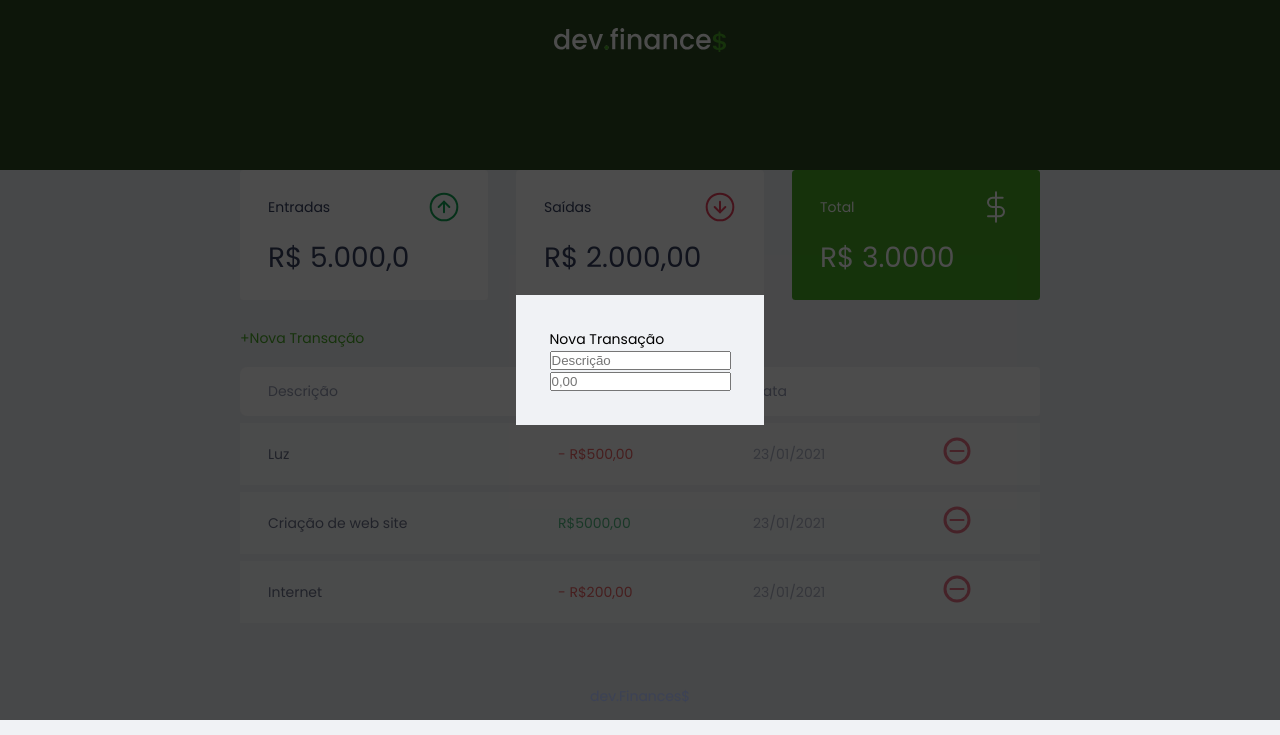
Repository: rafaelmgr12/maratona-dev01
Page: index.html
An editor plug-in stored every save of this project. The page is shown before and after the next save, followed by the edit.
The browser window is 1280 px wide. The pictures show the whole page.

Above is the page before, as saved 2021-04-28 11:35:35.

### index.html
<!DOCTYPE html>
<html lang="pt-br">
  <head>
    <meta charset="UTF-8" />
    <meta http-equiv="X-UA-Compatible" content="IE=edge" />
    <meta name="viewport" content="width=device-width, initial-scale=1.0" />
    <title>Rafael-app.finance$</title>
    <link rel="stylesheet" href="style.css" />
    <link rel="preconnect" href="https://fonts.gstatic.com" />
    <link
      href="https://fonts.googleapis.com/css2?family=Poppins:ital,wght@0,100;0,400;0,700;1,100;1,400;1,700&display=swap"
      rel="stylesheet"
    />
  </head>
  <body>
    <header>
      <img src="./assets/logo.svg" alt="Logo dev.Finance" />
    </header>
    <main class="container">
      <section id="balance">
        <h2 class="sr-only">Balanço</h2>

        <div class="card">
          <h3>
            <span>Entradas </span>
            <img src="./assets/income.svg" alt="Imagem de entradas" />
          </h3>
          <p>R$ 5.000,0</p>
        </div>
        <div class="card">
          <h3>
            <span>Saídas</span>
            <img src="./assets/expense.svg" alt="Image de saídas" />
          </h3>
          <p>R$ 2.000,00</p>
        </div>
        <div class="card total">
          <h3>
            <span>Total</span>
            <img src="./assets/total.svg" alt="Image de total" />
          </h3>
          <p>R$ 3.0000</p>
        </div>
      </section>
      <section id="transaction">
        <h2 class="sr-only">Transações</h2>

        <a href="#" class="button new">+Nova Transação</a>

        <table id="data-table">
          <thead>
            <tr>
              <th>Descrição</th>
              <th>Valor</th>
              <th>Data</th>
              <th></th>
            </tr>
          </thead>
          <tbody>
            <tr>
              <td class="description">Luz</td>
              <td class="expense">- R$500,00</td>
              <td class="date">23/01/2021</td>
              <td><img src="./assets/minus.svg" alt="Retirar Transação" /></td>
            </tr>
            <tr>
              <td class="description">Criação de web site</td>
              <td class="income">R$5000,00</td>
              <td class="date">23/01/2021</td>
              <td><img src="./assets/minus.svg" alt="Retirar Transação" /></td>
            </tr>
            <tr>
              <td class="description">Internet</td>
              <td class="expense">- R$200,00</td>
              <td class="date">23/01/2021</td>
              <td><img src="./assets/minus.svg" alt="Retirar Transação" /></td>
            </tr>
          </tbody>
        </table>
      </section>
    </main>
    <div class="modal-overlay active">
      <div class="modal">
        Nova Transação
        <form action="">
          <div class="input-group">
            <label class="sr-only" for="description"> Descrição </label>
            <input
              type="text"
              id="description"
              name="description"
              placeholder="Descrição"
            />
          </div>
          <div class="input-group">
            <label class="sr-only" for="amount"> Valor </label>
            <input
              type="number"
              step="0.01"
              id="amount"
              name="amount"
              placeholder="0,00"
            />
          </div>
        </form>
      </div>
    </div>
    <footer>dev.Finances$</footer>
  </body>
</html>

### style.css
/* Global ======================================== */
:root {
  --dark-blue: #363f5f;
}
* {
  margin: 0;
  padding: 0;
  box-sizing: border-box;
}

html{
  font-size: 93.75%; /* 15px */
}

body {
  background: #f0f2f5;
  font-family: "Poppins", sans-serif;
}
/*Tricks para sumir elementos da tela, mantendo a funcionalidade de um screenreader*/
.sr-only{
  position: absolute;
  width: 1px;
  height: 1px;
  padding: 0;
  margin: -1px;
  overflow: hidden;
  clip: rect(0,0,0,0);
  white-space: nowrap;
  border-width: 0;

}
.container {
  width: min(90vw, 800px);
  margin: auto;
}
/* Titles ======================================== */
h2 {
  margin-top: 3.2rem;
  margin-bottom: 0.8rem;
  color: var(--dark-blue);

  font-weight: normal;
}
/* Links and Buttons ======================================== */
a{
  color: #49aa26;
  text-decoration: none;
}

a:hover {
  color: #3dd705;
}

.button.new{
  display: inline-block;
  margin-bottom: .8rem;

}


/* Header ======================================== */
header {
  background: #2d4a22;
  padding: 2rem 0 8rem;
  text-align: center;
}

#logo {
  color: #fff;
  font-weight: 100;
}

/* Balance ======================================== */
balance {
  margin-top: -8rem;
}

balance h2 {
  color: white;
  margin-top: 0;
}

/* Cards ======================================== */

.card {
  background : white;
  padding: 1.5rem 2rem;
  border-radius: 0.25rem;

  margin-bottom: 2rem;

  color: var(--dark-blue);
}

.card h3 {
  font-weight: normal;
  font-size: 1rem;
  display : flex;
  align-items: center;
  justify-content: space-between;
}

.card p {
  font-size: 2rem;
  line-height: 3rem;

  margin-top: 1rem;
}

.card.total {
  background: #49aa26;
  color: white;
}
/* Table  ======================================== */
#transaction {
  display: block;
  width: 100%;
  overflow-x: auto;
}
#data-table {

  width: 100%;
  border-spacing: 0 0.5rem;
  color: #969cb3;

  overflow-x: auto; /*Para lidar com transbordamento do container*/
}
table thead tr th:first-child,
table thead tr td:first-child
{
  border-radius: 0.5rem 0 0 0.5rem;
}

table thead tr th:last-child,
table thead tr td:last-child {
  border-radius: 0 0.25rem 0.25rem 0 ;

}

table thead th {
  background: white;

  font-weight: normal;
  padding: 1rem 2rem;
  text-align: left;
}
table tbody tr {
  opacity: 0.7;
}
table tr:hover {
  opacity: 1;
}
table tbody td {
  background: white;
  padding: 1rem 2rem;
}

td.description {
  color: var(--dark-blue);
}

td.income {
  color: #12a454;
}
td.expense {
    color : #e92929;
}
/* Modal ======================================== */
.modal-overlay{
  width: 100%;
  height: 100%;

  background-color: rgb(0,0,0,0.7);
  position: fixed;
  top: 0;

  display:flex;
  align-items: center;
  justify-content: center;

  opacity: 0;
  visibility: hidden
}
.modal-overlay.active {
  opacity: 1;
  visibility : visible;
}
.modal{
  background : #f0f2f5;
  padding : 2.4rem;
  position: relative;
}


/* footer ======================================== */
footer {
  text-align: center;
  padding : 4rem 0 2rem;
  color: var(--dark-blue);

  opacity : 0.6;
}
/* Responsive ======================================== */

@media(min-width: 800px){
  html{
    font-size: 87.5%;

  }
  #balance{
    display: grid;
    grid-template-columns: repeat(3,1fr);
    gap: 2rem;

  }
}

After the next save:
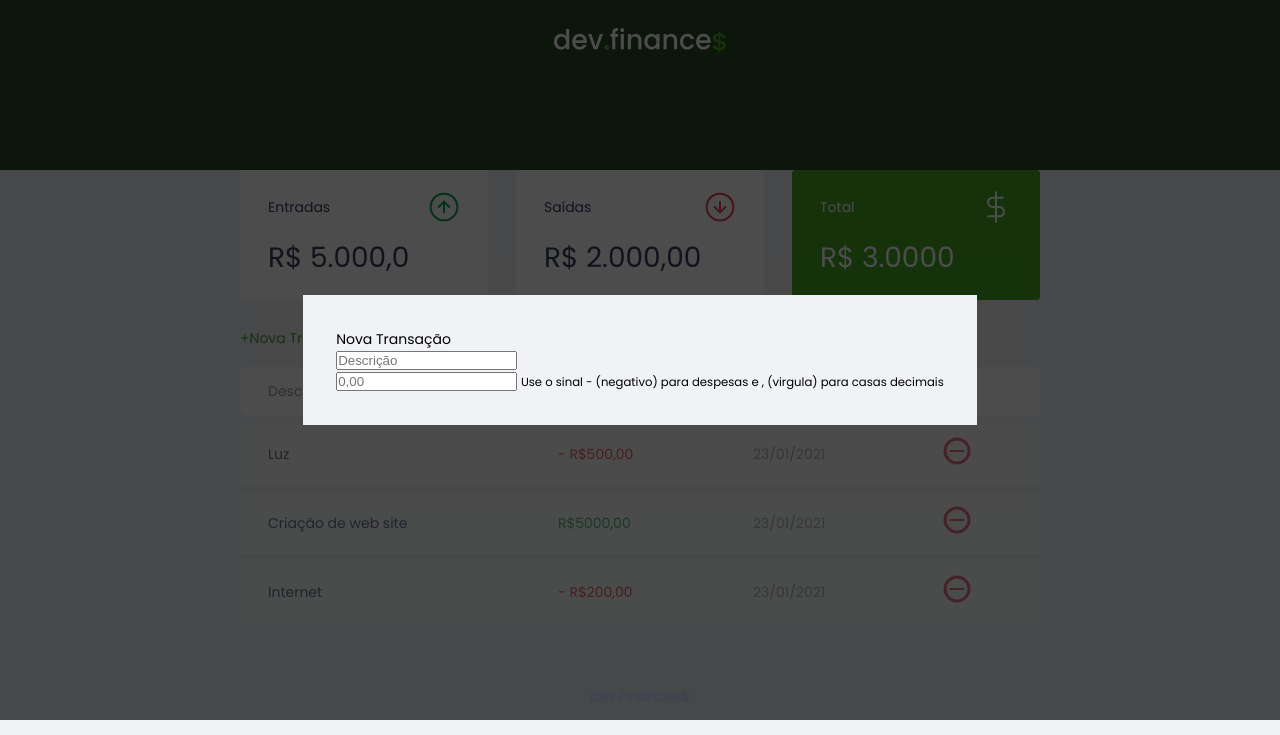
Saved 73 s later.
--- a/index.html
+++ b/index.html
@@ -101,6 +101,9 @@
               name="amount"
               placeholder="0,00"
             />
+            <small class="help">
+              Use o sinal - (negativo) para despesas e , (virgula) para casas decimais
+            </small>
           </div>
         </form>
       </div>
